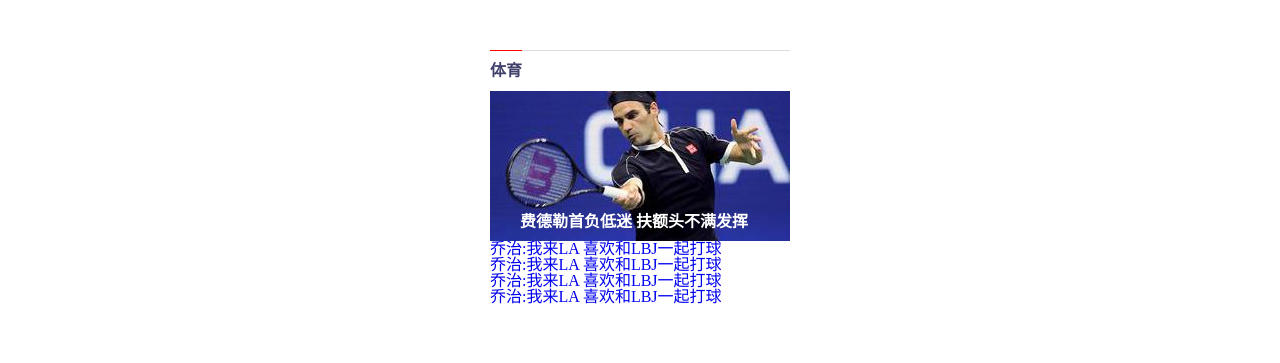
Repository: Romic77/css-test
Page: exercise/03_网易新闻的右侧列表.html
The author's editor kept a copy of each file at every save. The page is drawn from the files as they stood at one save, then again after the next save.
The browser window is 1280 px wide. The pictures show the whole page.

Above is the page before, as saved 2022-09-03 15:58:06.

### exercise/03_网易新闻的右侧列表.html
<!DOCTYPE html>
<html lang="en">

<head>
    <meta charset="UTF-8">
    <meta http-equiv="X-UA-Compatible" content="IE=edge">
    <meta name="viewport" content="width=device-width, initial-scale=1.0">
    <title>Document</title>
    <link rel="stylesheet" href="./css/reset.css">
    <style>
        a {
            text-decoration: none;
        }

        .news-wrapper {
            width: 300px;
            height: 358px;
            margin: 50px auto;

            /* 设置上边框 */
            border-top: 1px solid #ddd;
        }

        .news-wrapper h2 {
            height: 40px;
            /* 文字居中 */
            line-height: 40px;
        }

        .news-wrapper h2 a {
            color: #40406B;
            font-weight: bold;
        }

        .news-title {
            height: 40px;
            display: inline-block;
            border-top: 1px red solid;

            margin-top: -1px;

        }

        /* 设置图片div高度 */
        .news-img {
            height: 150px;
        }

        .news-img .img-title {
            color: #fff;
            margin-top: -30px;
            font-weight: bold;
            padding-left: 30px;
        }
    </style>
</head>

<body>
    <div class="news-wrapper">
        <h2 class="news-title">
            <a href="#">体育</a>
        </h2>

        <div class="news-img">
            <a href="#">
                <img src="./img/03/1.jpeg" alt="">

                <h3 class="img-title">费德勒首负低迷 扶额头不满发挥 </h3>
            </a>
        </div>

        <ul class="news-list">
            <li><a href="#">乔治:我来LA 喜欢和LBJ一起打球</a></li>
            <li><a href="#">乔治:我来LA 喜欢和LBJ一起打球</a></li>
            <li><a href="#">乔治:我来LA 喜欢和LBJ一起打球</a></li>
            <li><a href="#">乔治:我来LA 喜欢和LBJ一起打球</a></li>
        </ul>

    </div>
</body>

</html>

Loaded but not shown: exercise/css/reset.css (common file)

After the next save:
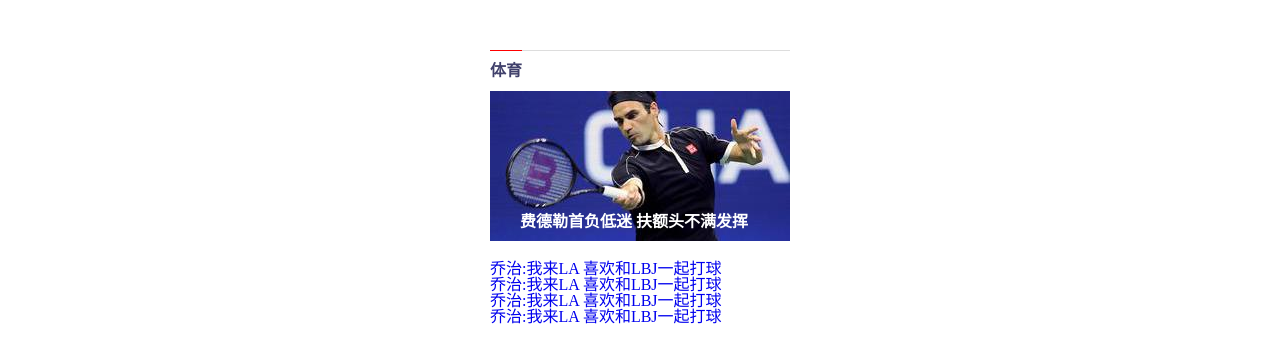
Saved 26 s later.
--- a/exercise/03_网易新闻的右侧列表.html
+++ b/exercise/03_网易新闻的右侧列表.html
@@ -52,6 +52,10 @@
             font-weight: bold;
             padding-left: 30px;
         }
+
+        .news-list {
+            margin-top: 20px;
+        }
     </style>
 </head>
 
